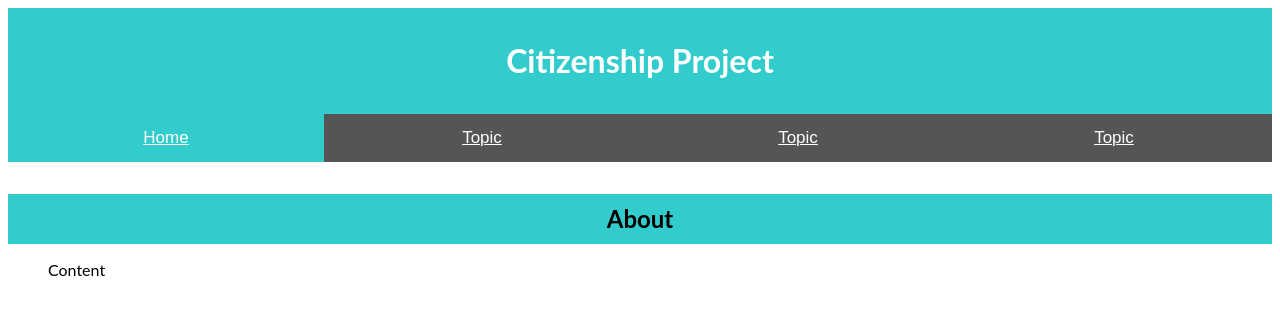
Repository: celrod1/ITIS2211
Page: Index.html
The author's editor kept a record of every edit. The page is drawn from the files as they stood at one moment, then again after the next edit.
The browser window is 1280 px wide. The pictures show the whole page.

Above is the page before.

After the next edit:
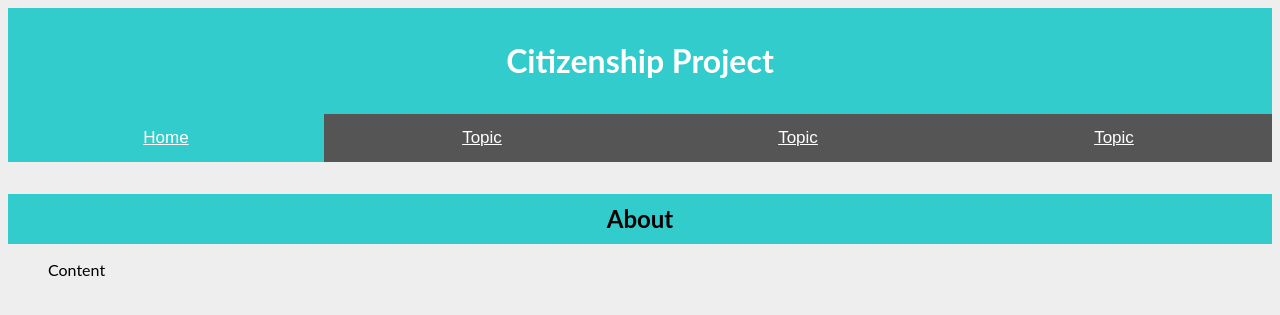
The edit:
--- a/Index.html
+++ b/Index.html
@@ -88,8 +88,8 @@
 		<title>Citizenship Project</title>
   	</head>
 
-  	<body bgcolor = "white";>
-		<div style = "Background-color: white; height: 60px; scroll-direction: horizontal;">
+  	<body bgcolor = "#EFEEEE";>
+		<div style = "Background-color: #EFEEEE; height: 60px; scroll-direction: horizontal;">
 		</div>
 		<div style = "Background-color: #33cccc; height: 50px; scroll-direction: horizontal;">
 		<h2 style = "text-align:center; padding: 10px">About</h2></div>
